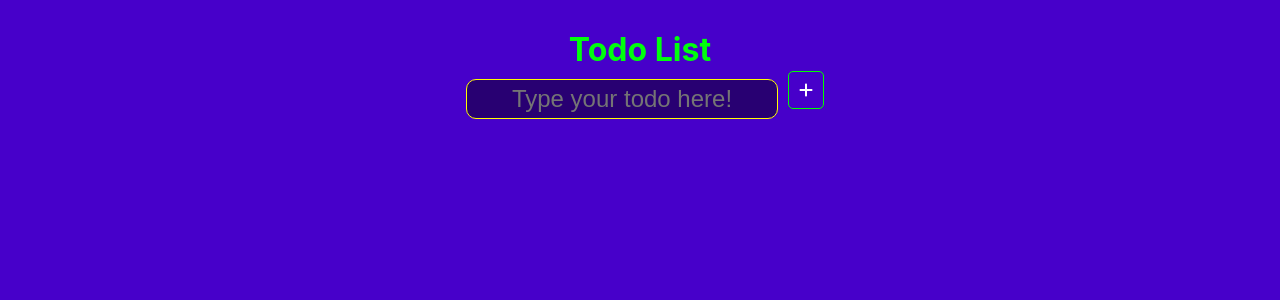
Repository: badhon252/todo-app
Page: /
These files come from the project's save history. The page is drawn as it stood at one moment and after the next save; the edit follows.
The browser window is 1280 px wide. The pictures show the whole page.
The project was rebuilt for these pictures with package versions that can differ from the ones it lists, and the page was loaded fresh each time.

Above is the page before, as saved 2022-01-26 14:06:06.

After the next save:
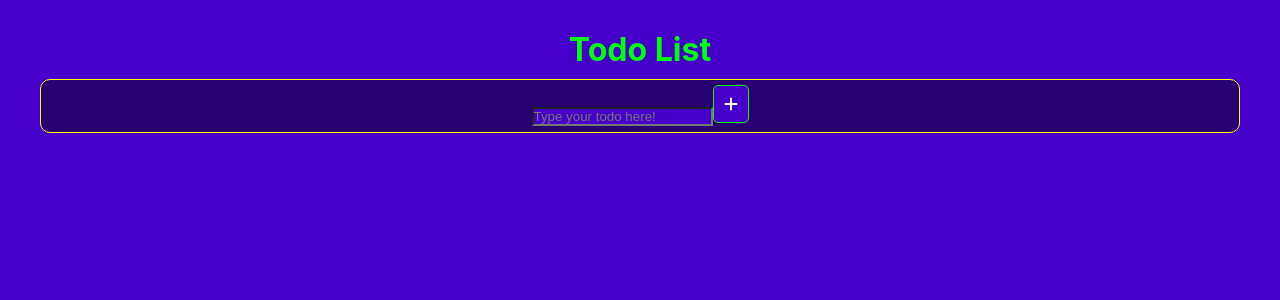
Saved 48 s later.
--- a/src/components/Todo.js
+++ b/src/components/Todo.js
@@ -19,11 +19,10 @@
   return (
     <div className="main-div">
       <h1>Todo List</h1>
-      <div>
+      <div id="input-box">
         <input
           type="text"
           name=""
-          id="input-box"
           placeholder="Type your todo here!"
           value={inputItems}
           onChange={(e) => setInputItems(e.target.value)}

After the save that followed:
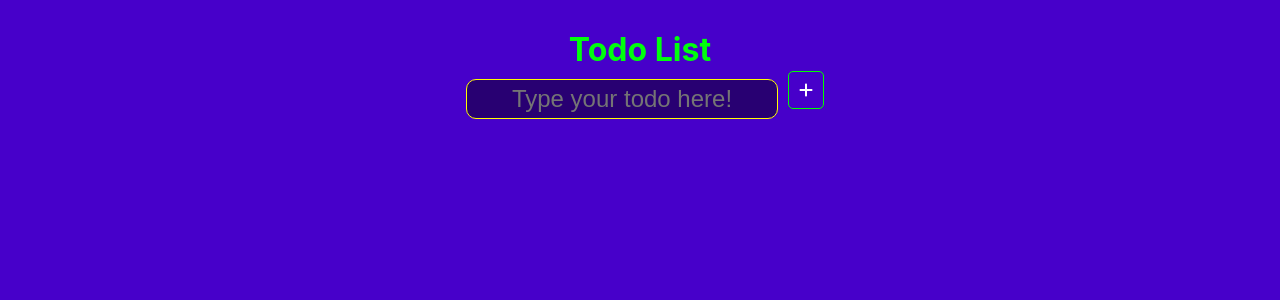
Saved 10 s later.
--- a/src/components/Todo.js
+++ b/src/components/Todo.js
@@ -19,10 +19,11 @@
   return (
     <div className="main-div">
       <h1>Todo List</h1>
-      <div id="input-box">
+      <div>
         <input
           type="text"
           name=""
+          id="input-box"
           placeholder="Type your todo here!"
           value={inputItems}
           onChange={(e) => setInputItems(e.target.value)}
